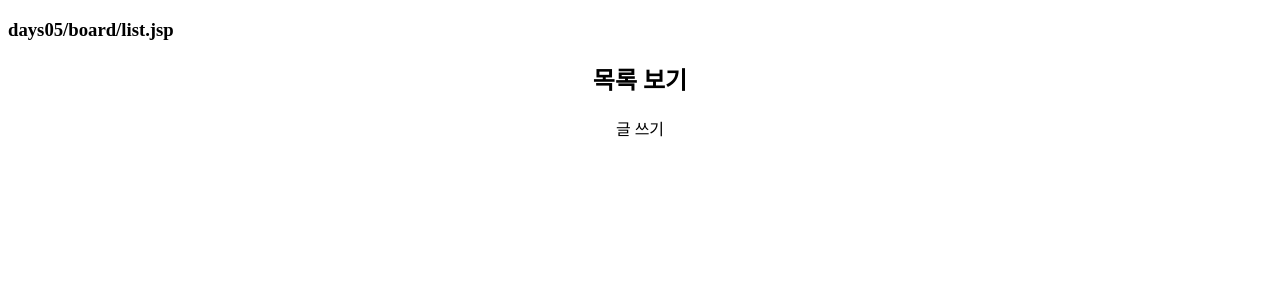
Repository: JavaYoo/kakao-emoticon-web-clone
Page: http://localhost/jspPro/days08/board/list.jsp
These files come from the project's save history. The page is drawn as it stood at one moment and after the next save; the edit follows.
The browser window is 1280 px wide. The pictures show the whole page.
The page is served by Tomcat 9. Other server files are loaded and not shown.

Above is the page before, as saved 2022-06-20 05:20:58.

### jspPro/src/main/webapp/days08/board/list.jsp
<%@ page contentType="text/html; charset=UTF-8" pageEncoding="UTF-8"%>
<%@ include file="/include.jspf" %>
<!DOCTYPE html>
<html>
<head>
<meta charset="UTF-8">
<meta name="viewport" content="width=device-width, initial-scale=1.0">
<title>2022. 6. 20. - 오후 12:43:10</title>
<link rel="shortcut icon "type = "image/x-icon" href = "../images/SiSt.ico">
<script src="https://ajax.googleapis.com/ajax/libs/jquery/3.6.0/jquery.min.js"></script>
<style>
table, td, th {
   border: solid 1px gray;
}

table {
   border-spacing: 3px;
   border-collapse: separate;
}

table, tr, td {
   /* border-radius: 3px; */
   /* padding:3px;  */

}

tbody tr  td:nth-of-type(2) {
   text-align: left;
}

a {
   text-decoration: none;
   color: black;
}

a:hover {
   color: red;
}
</style>
<!-- 페이징 처리 style -->
<style>
.pagination {
   margin: 0 auto;
   display: flex;
   justify-content: center;
}

.pagination a {
   color: black;
   float: left;
   padding: 4px 8px;
   text-decoration: none;
   transition: background-color .3s;
}

.pagination a.active {
   background-color: dodgerblue;
   color: white;
}

.pagination a:hover:not (.active ) {
   background-color: #ddd;
}
</style>
<style>
.searchWord {
   background-color: yellow;
   color: red;
}
</style>
<style>
.title {
   display: inline-block;
   white-space: nowrap;
   width: 90%;
   overflow: hidden;
   text-overflow: ellipsis;
}
</style>
</head>
<body>

<h3>days05/board/list.jsp</h3>

<div align="center">
	<h2>목록 보기</h2>
	<a href="<%=contextPath %>/cstvsboard/list.htm">글 쓰기</a>
</div>


</body>
</html>

### jspPro/src/main/webapp/include.jspf
<%@ page contentType="text/html; charset=UTF-8" pageEncoding="UTF-8"%>
<%
    String contextPath = request.getContextPath();
    request.setCharacterEncoding("UTF-8");
%>

After the next save:
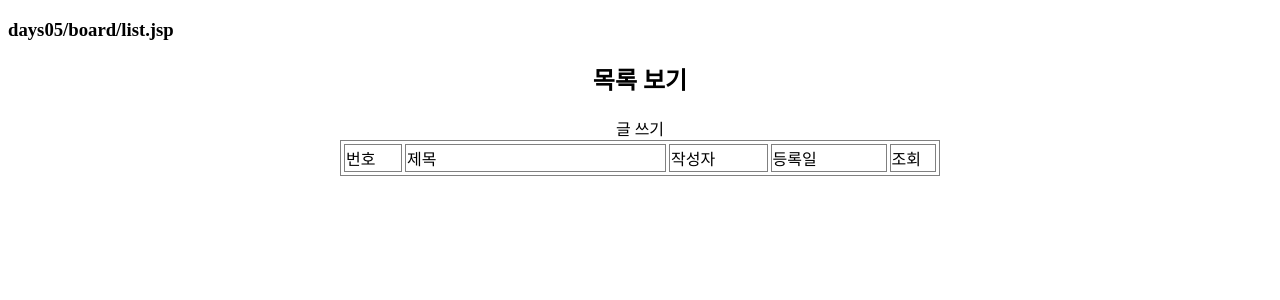
Saved 106 s later.
--- a/jspPro/src/main/webapp/days08/board/list.jsp
+++ b/jspPro/src/main/webapp/days08/board/list.jsp
@@ -85,6 +85,17 @@ a:hover {
 <div align="center">
 	<h2>목록 보기</h2>
 	<a href="<%=contextPath %>/cstvsboard/list.htm">글 쓰기</a>
+	<table style="width:600px">
+		<thead>
+			<tr>
+				<td width="10%">번호</td>
+				<td width="45%">제목</td>
+				<td width="17%">작성자</td>
+				<td width="20%">등록일</td>
+				<td width="10%">조회</td>
+			</tr>
+		</thead>
+	</table>
 </div>
 
 
